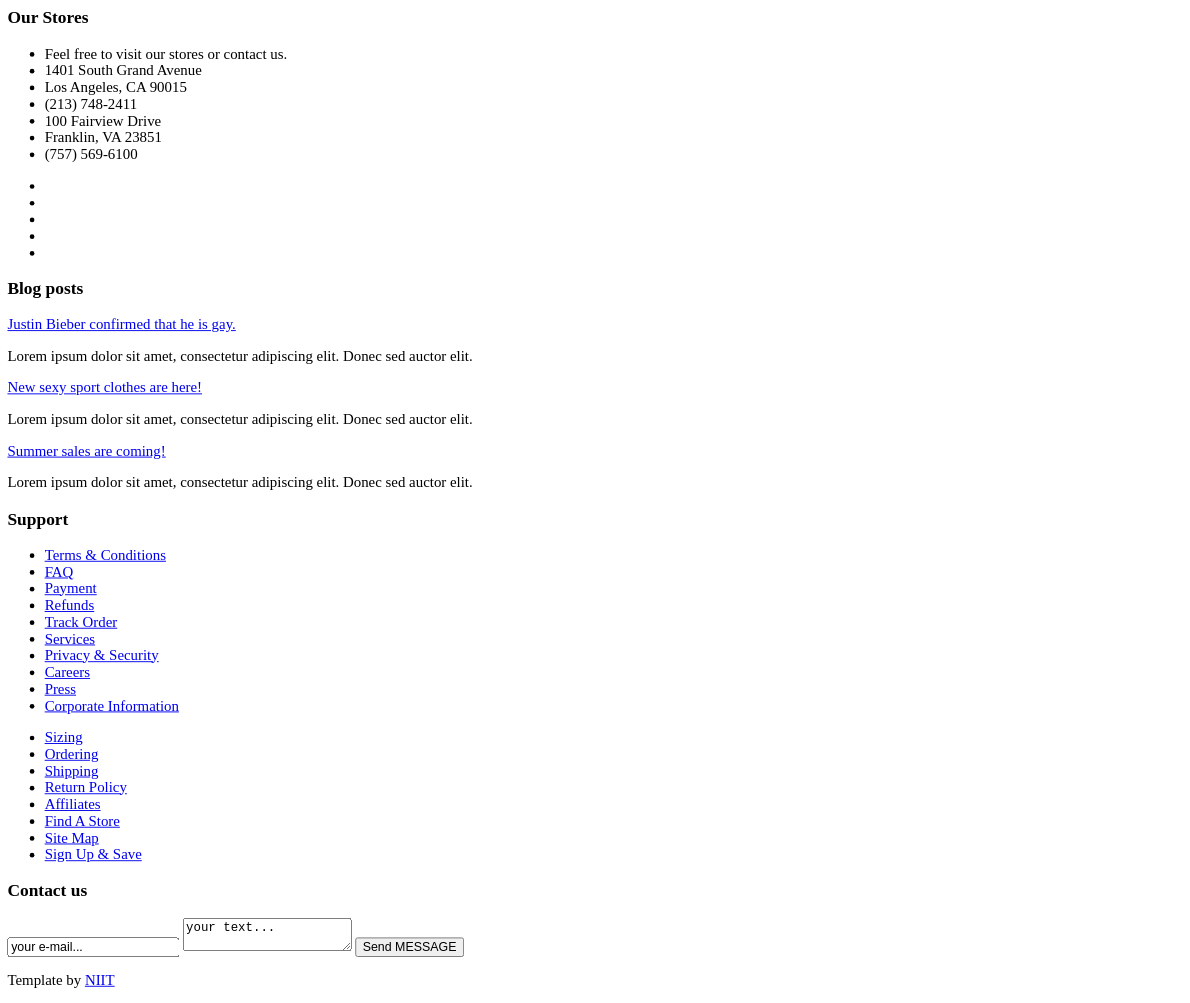
Repository: pratiksha1412/onlineshopping
Page: http://localhost/ShoppingCartFrontend/admin_footer.jsp
These files come from the project's save history. The page is drawn as it stood at one moment and after the next save; the edit follows.
The browser window is 1280 px wide. The pictures show the whole page, at 93% of full size.
The page is served by Tomcat 9. Nobody is signed in. The application's start-up code is not run. Other server files are loaded and not shown.

Above is the page before, as saved 2017-01-09 16:54:43.

### ShoppingCartFrontend/src/main/webapp/admin_footer.jsp
<div class="footer">
		<!-- container -->
		<div class="container">
			<div class="col-md-3 stores-grid">
				<div class="stores">
					<h3>Our Stores</h3>
					<ul>
						<li>Feel free to visit our stores or contact us.</li>
						<li>1401 South Grand Avenue </li>
						<li>Los Angeles, CA 90015 </li>
						<li>(213) 748-2411</li>

						<span>
						<li class="drive">100 Fairview Drive </li>
						<li>Franklin, VA 23851</li>
						<li>(757) 569-6100 </li>
						</span>
					</ul>
				</div>
				<div class="social-icons white-icons">
					<ul>
						<li><a href="#" class="facebook"></a></li>
						<li><a href="#" class="twitter"></a></li>
						<li><a href="#" class="chrome"></a></li>
						<li><a href="#" class="vimeo"></a></li>
						<li><a href="#" class="rss"></a></li>
				</div>
			</div>
			<div class="col-md-3 blog">
				<h3>Blog posts</h3>
				<a href="#">Justin Bieber confirmed that he is gay.</a>
				<p>Lorem ipsum dolor sit amet, consectetur
					adipiscing elit. Donec sed auctor elit.
				</p>
				<a href="#">New sexy sport clothes are here!</a>
				<p>Lorem ipsum dolor sit amet, consectetur
					adipiscing elit. Donec sed auctor elit.
				</p>
				<a href="#">Summer sales are coming!</a>
				<p>Lorem ipsum dolor sit amet, consectetur
					adipiscing elit. Donec sed auctor elit.
				</p>
			</div>
			<div class="col-md-3 support">
				<h3>Support</h3>
				<div class="support-grids">
					<div class="support-left">
						<ul>
							<li><a href="#">Terms & Conditions</a></li>
							<li><a href="#">FAQ</a></li>
							<li><a href="#">Payment</a></li>
							<li><a href="#">Refunds</a></li>
							<li><a href="#">Track Order</a></li>
							<li><a href="#">Services</a></li>
							<li><a href="#">Privacy & Security</a></li>
							<li><a href="#">Careers</a></li>
							<li><a href="#">Press</a></li>
							<li><a href="#">Corporate Information</a></li>
						</ul>
					</div>
					<div class="support-left support-right">
						<ul>
							<li><a href="#">Sizing</a></li>
							<li><a href="#">Ordering</a></li>
							<li><a href="#">Shipping</a></li>
							<li><a href="#">Return Policy</a></li>
							<li><a href="#">Affiliates</a></li>
							<li><a href="#">Find A Store </a></li>
							<li><a href="#">Site Map</a></li>
							<li><a href="#">Sign Up & Save</a></li>
						</ul>
					</div>
					<div class="clearfix"> </div>
				</div>
			</div>
			<div class="col-md-3 contact">
				<h3>Contact us</h3>
				<form>
					<input type="text" value="your e-mail..." onfocus="this.value = '';" onblur="if (this.value == '') {this.value = 'your e-mail...';}" required="">
					<textarea value="your text...:" onfocus="if(this.value == 'your text...') this.value='';" onblur="if(this.value == '') this.value='your text...';">your text...</textarea>
					<input type="submit" value="Send MESSAGE">
				</form>
			</div>
			<div class="clearfix"> </div>
			<div class="copyright">
				<p>Template by <a href="http://w3layouts.com/">NIIT</a>
		</div>
		<!-- // container -->
	</div>
 </div>

After the next save:
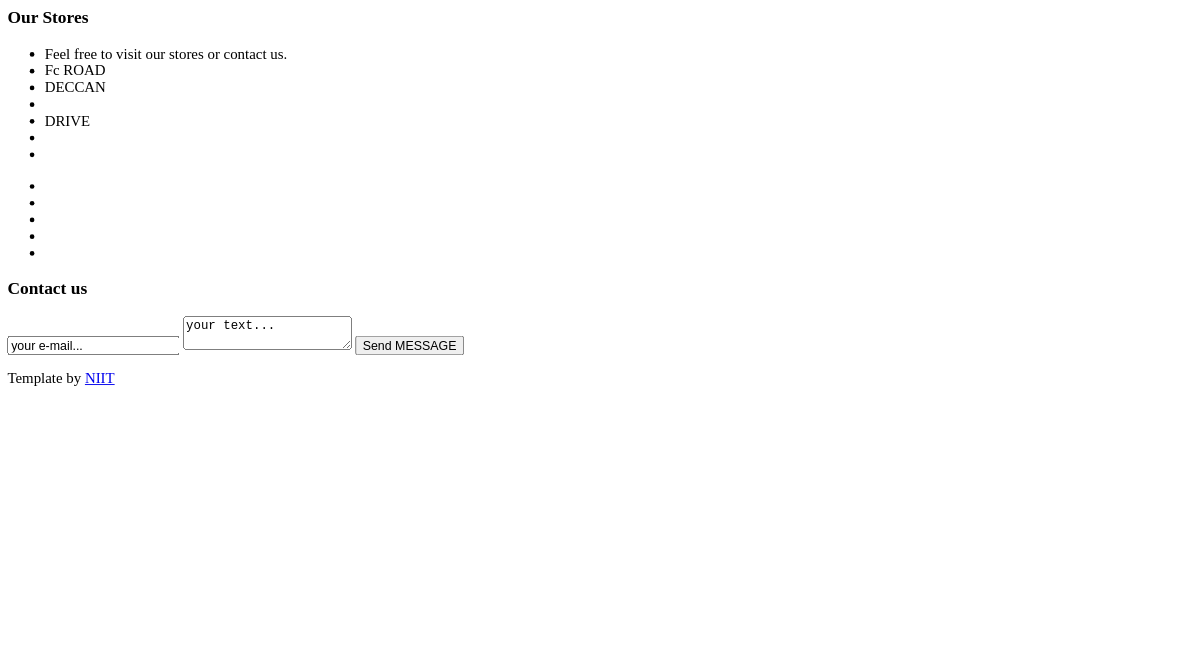
Saved 13 h 48 min later.
--- a/ShoppingCartFrontend/src/main/webapp/admin_footer.jsp
+++ b/ShoppingCartFrontend/src/main/webapp/admin_footer.jsp
@@ -6,14 +6,14 @@
 					<h3>Our Stores</h3>
 					<ul>
 						<li>Feel free to visit our stores or contact us.</li>
-						<li>1401 South Grand Avenue </li>
-						<li>Los Angeles, CA 90015 </li>
-						<li>(213) 748-2411</li>
+						<li>Fc ROAD </li>
+						<li>DECCAN </li>
+						<li></li>
 
 						<span>
-						<li class="drive">100 Fairview Drive </li>
-						<li>Franklin, VA 23851</li>
-						<li>(757) 569-6100 </li>
+						<li class="drive">DRIVE </li>
+						<li></li>
+						<li></li>
 						</span>
 					</ul>
 				</div>
@@ -26,7 +26,7 @@
 						<li><a href="#" class="rss"></a></li>
 				</div>
 			</div>
-			<div class="col-md-3 blog">
+			<!-- <div class="col-md-3 blog">
 				<h3>Blog posts</h3>
 				<a href="#">Justin Bieber confirmed that he is gay.</a>
 				<p>Lorem ipsum dolor sit amet, consectetur
@@ -72,7 +72,7 @@
 					</div>
 					<div class="clearfix"> </div>
 				</div>
-			</div>
+			</div> -->
 			<div class="col-md-3 contact">
 				<h3>Contact us</h3>
 				<form>
